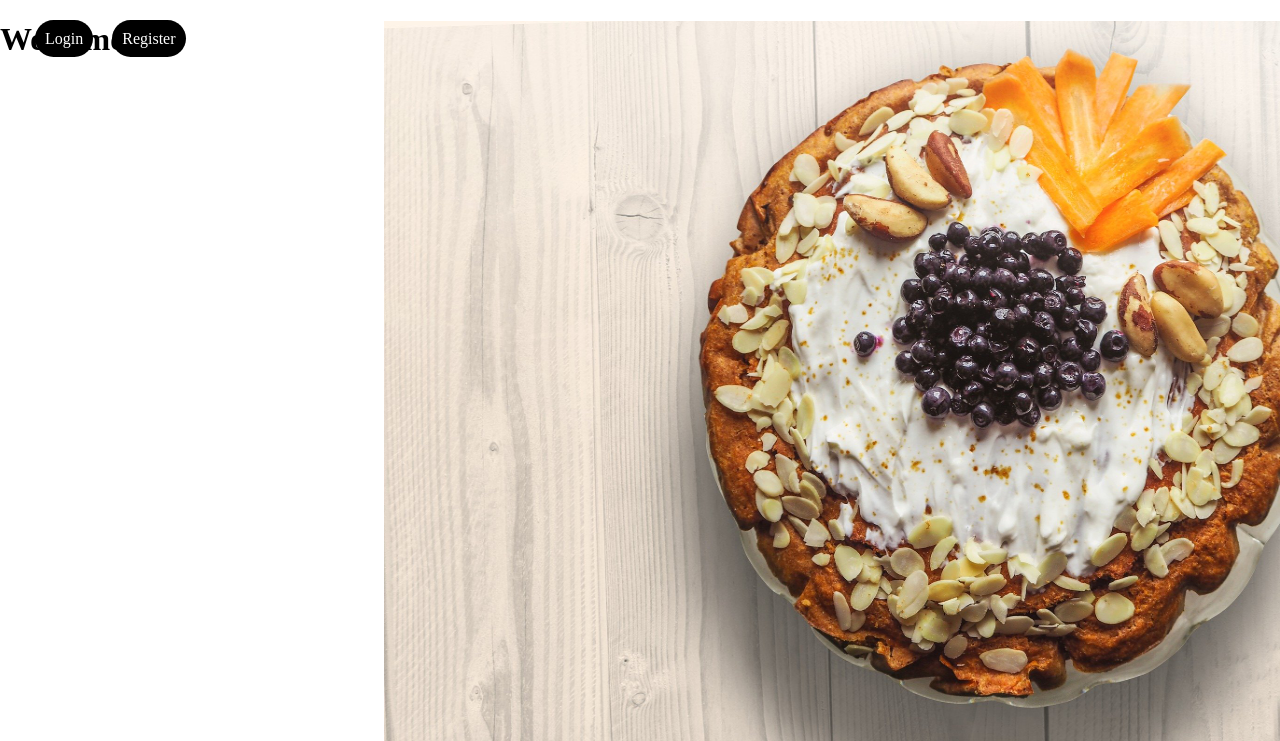
Repository: PatryxB/recipeCook
Page: http://localhost/
The author's editor kept a copy of each file at every save. The page is drawn from the files as they stood at one save, then again after the next save.
The browser window is 1280 px wide. The pictures show the whole page.
The page is served by the project's Laravel application, run on PHP 8.4 with Laravel 8. Style sheets and scripts are compiled from the project's sources, by tool versions that may differ from the author's.

Above is the page before, as saved 2020-05-02 11:21:28.

After the next save:
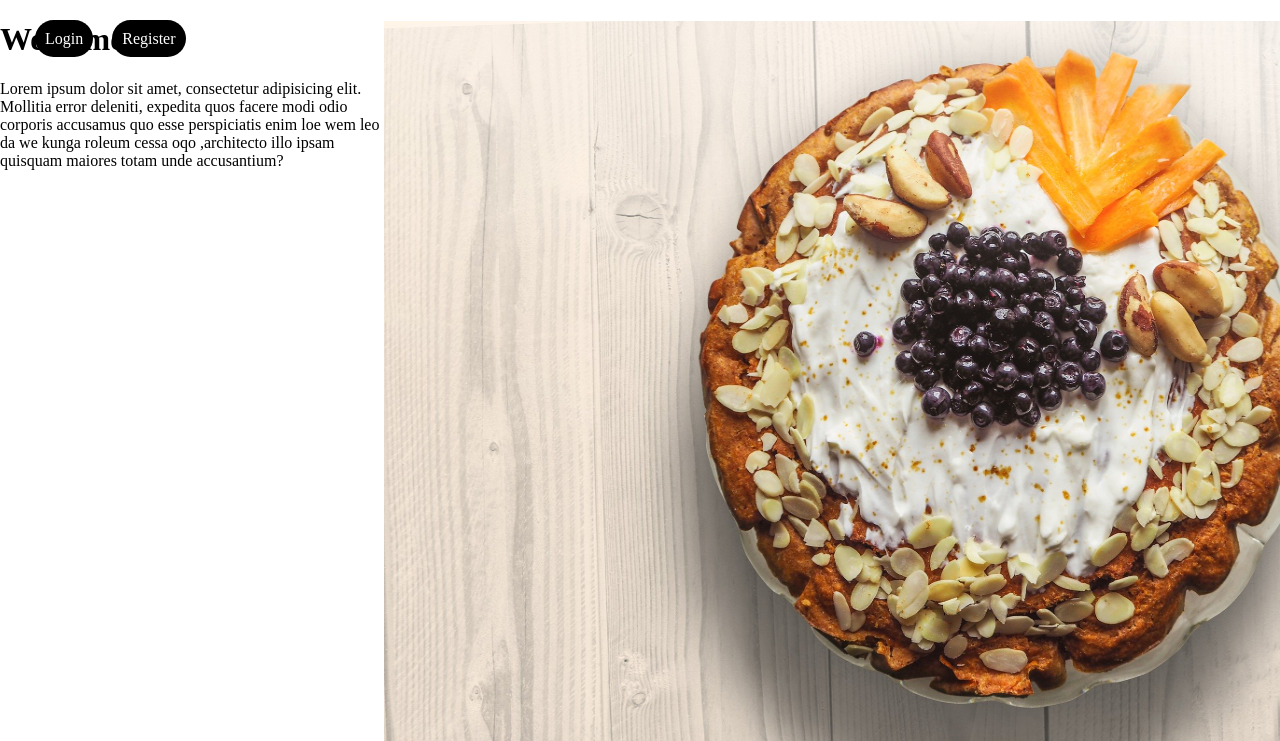
Saved 2 min 20 s later.
--- a/resources/views/welcome.blade.php
+++ b/resources/views/welcome.blade.php
@@ -18,7 +18,13 @@
         <div class="banner">
             <img src="{{asset('/img/cakebanner.jpg')}}" alt="">
             <div class="info">
-                <h1>Welcome!</h1>
+                <div>
+                    <h1>Welcome!</h1>
+                    <p>Lorem ipsum dolor sit amet, consectetur adipisicing elit. Mollitia
+                    error deleniti, expedita quos facere modi odio corporis accusamus quo
+                    esse perspiciatis enim loe wem leo da we kunga roleum cessa oqo
+                    ,architecto illo ipsam quisquam maiores totam unde accusantium?</p>
+                </div>
             </div>
         </div>
 
